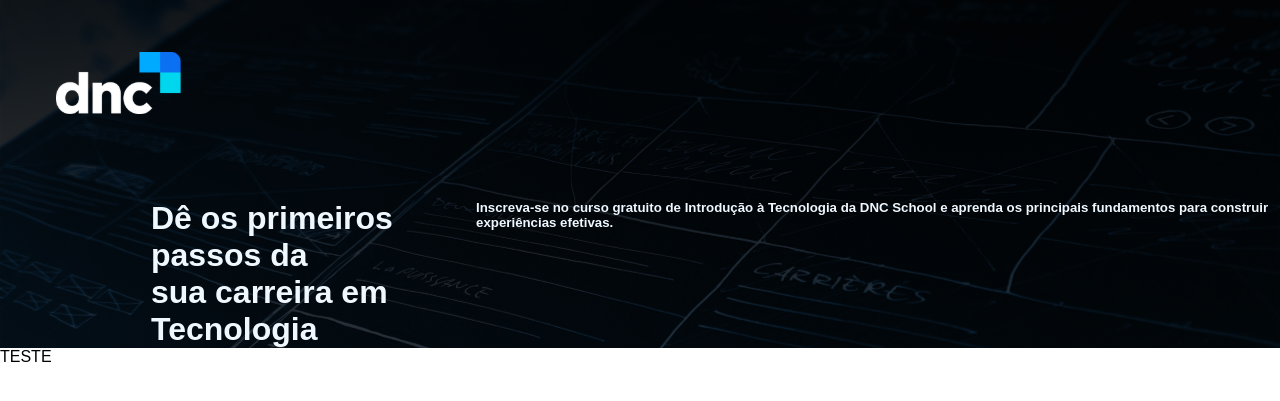
Repository: kleber-goncalves/Landing-Page-dnc
Page: src/index.html
These files come from the project's save history. The page is drawn as it stood at one moment and after the next save; the edit follows.
The browser window is 1280 px wide. The pictures show the whole page.

Above is the page before, as saved 2024-12-09 19:45:32.

### src/index.html
<!DOCTYPE html>
<html lang="pt-br">
  <head>
    <meta charset="UTF-8" />
    <meta name="viewport" content="width=device-width, initial-scale=1.0" />
    <title>Escola DNC</title>
    <link rel="stylesheet" href="../src/style.css" />
  </head>
  <body>
    <div id="cabecanho">
        <img id="logo-dnc" src="../img/logo.svg" alt="logo-dnc">
        <h1 id="titulo" >Dê os primeiros passos da <br>
            sua carreira em Tecnologia</h1>
        <h5 id="subtitulo" >Inscreva-se no curso gratuito de Introdução à Tecnologia da DNC School e aprenda os principais fundamentos para construir experiências efetivas.</h5>
    </div>
    <div>TESTE</div>
  </body>
</html>

### src/style.css
* {
  margin: 0px;
  font-family: Arial, Helvetica, sans-serif;
}

#cabecanho {
  display: flex;
  margin: 0%;
  height: 100%;
  background-image: url(../img/fundo.svg);
  background-size: cover;
  background-repeat: no-repeat;
  color: aliceblue;
}

#logo-dnc {
  display: flex;
  width: 125px;
  height: 62px;
  margin-left: 56px;
  margin-top: 52px;
}

#titulo {
  display: flex;
  margin-left: -30px;
  margin-top: 200px;
}

#subtitulo{
    display: flex;
    margin-left: -30px;
    margin-top: 200px;
}

### img/logo.svg
<svg width="125" height="62" viewBox="0 0 125 62" fill="none" xmlns="http://www.w3.org/2000/svg" xmlns:xlink="http://www.w3.org/1999/xlink">
<rect width="125" height="62" fill="url(#pattern0_1227_101)"/>
<defs>
<pattern id="pattern0_1227_101" patternContentUnits="objectBoundingBox" width="1" height="1">
<use xlink:href="#image0_1227_101" transform="matrix(0.00497512 0 0 0.0100305 0 -0.00152463)"/>
</pattern>
<image id="image0_1227_101" width="201" height="100" xlink:href="data:[embedded picture, 3186 characters]"/>
</defs>
</svg>

### img/fundo.svg
<svg width="1440" height="560" viewBox="0 0 1440 560" fill="none" xmlns="http://www.w3.org/2000/svg" xmlns:xlink="http://www.w3.org/1999/xlink">
<rect width="1440" height="560" fill="url(#pattern0_1227_39)"/>
<rect width="1440" height="560" fill="url(#paint0_linear_1227_39)"/>
<defs>
<pattern id="pattern0_1227_39" patternContentUnits="objectBoundingBox" width="1" height="1">
<use xlink:href="#image0_1227_39" transform="matrix(0.0004 0 0 0.00102857 0 -0.0636538)"/>
</pattern>
<linearGradient id="paint0_linear_1227_39" x1="720" y1="0" x2="720" y2="560" gradientUnits="userSpaceOnUse">
<stop stop-opacity="0.9"/>
<stop offset="1" stop-opacity="0.7"/>
</linearGradient>
<image id="image0_1227_39" width="2500" height="1460" xlink:href="data:[embedded picture, 603023 characters]"/>
</defs>
</svg>

After the next save:
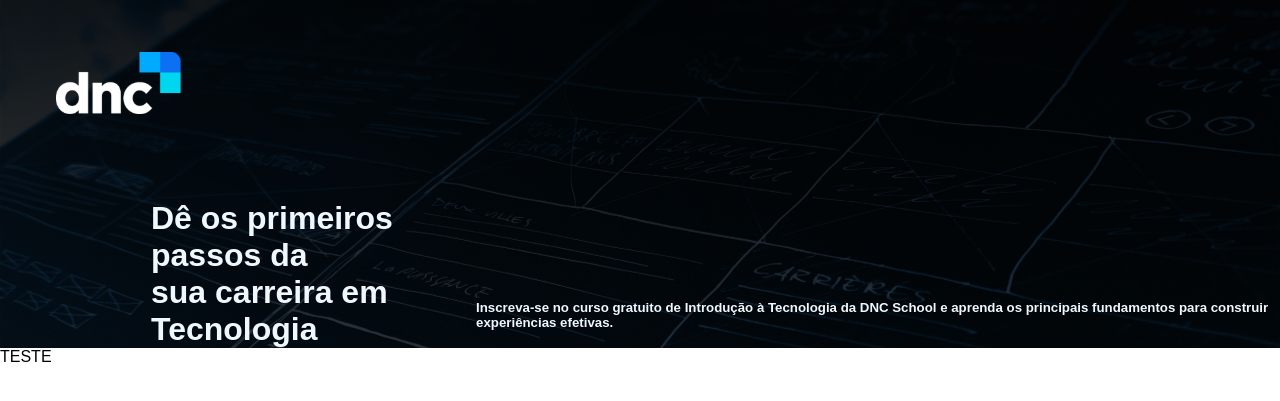
Saved 14 s later.
--- a/src/style.css
+++ b/src/style.css
@@ -30,5 +30,5 @@
 #subtitulo{
     display: flex;
     margin-left: -30px;
-    margin-top: 200px;
+    margin-top: 300px;
 }
